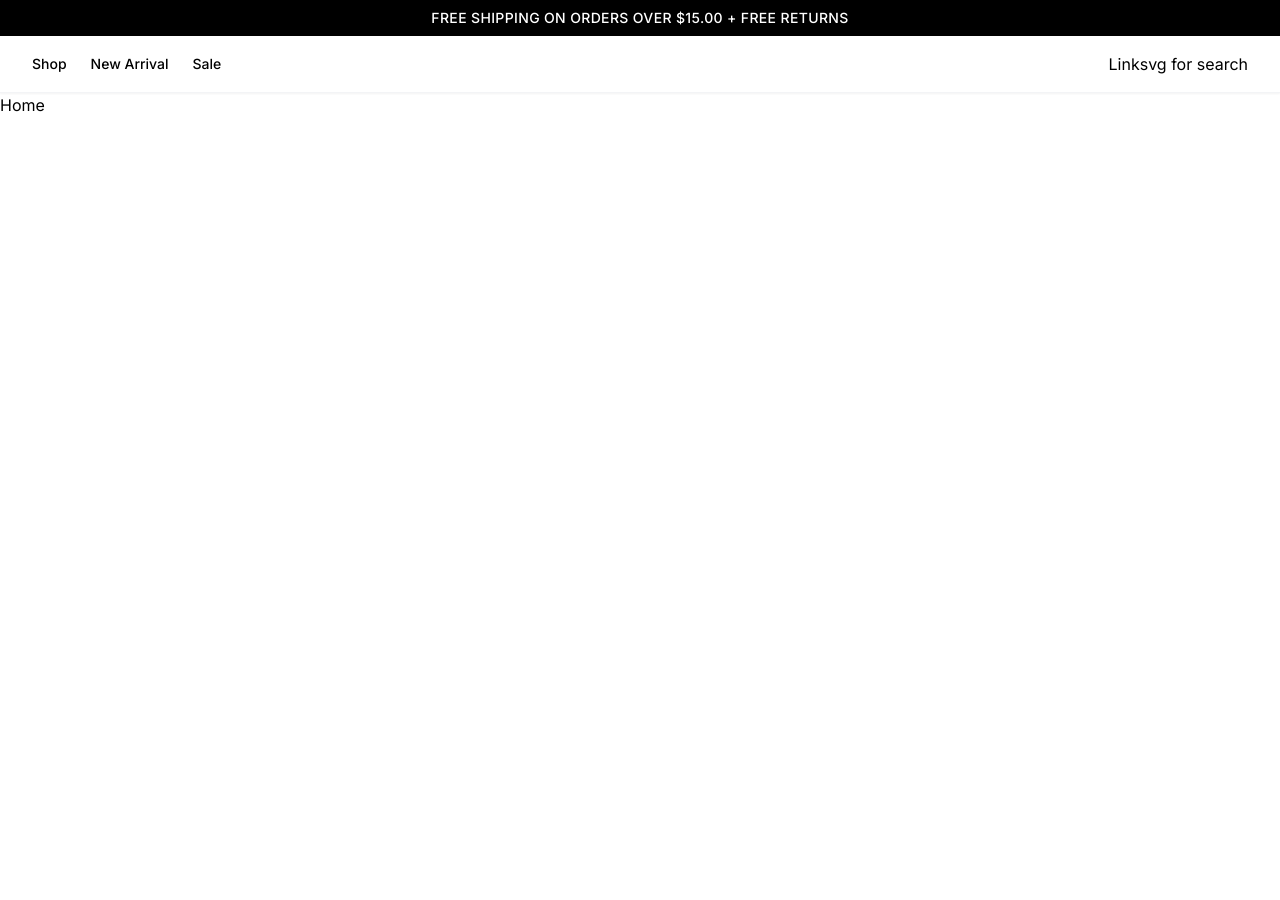
Repository: DiwanMalla/TEMU_CLONE
Page: /
The author's editor kept a copy of each file at every save. The page is drawn from the files as they stood at one save, then again after the next save.
The browser window is 1280 px wide. The pictures show the whole page.
The project was rebuilt for these pictures with package versions that can differ from the ones it lists, and the page was loaded fresh each time. The framework's server and built-in components were replaced by stand-ins that run in the browser. Also part of the build but not shown: next.config.ts.

Above is the page before, as saved 2025-01-20 22:34:00.

### app/layout.tsx
import type { Metadata } from "next";
import "./globals.css";
import { Inter } from "next/font/google";
import Header from "@/components/layout/Header";

const inter = Inter({ subsets: ["latin"] });
export const metadata: Metadata = {
  title: "Create Next App",
  description: "Generated by create next app",
};

export default function RootLayout({
  children,
}: Readonly<{
  children: React.ReactNode;
}>) {
  return (
    <html lang="en">
      <body
        className={`${inter.className} antialiased bg-white min-h-[125vh] text-black`}
      >
        <Header />
        {children}
      </body>
    </html>
  );
}

### app/page.tsx
import Header from "@/components/layout/Header";

const page = () => {
  return <div>Home</div>;
};

export default page;

### components/layout/Header.tsx
"use client";
import Link from "next/link";
import { useEffect, useState } from "react";

const AnnounecementBar = () => {
  return (
    <div className="w-full bg-black py-2">
      <div className="container mx-auto flex items-center justify-center px-3">
        <span className="text-center text-sm font-medium tracking-wide text-white">
          FREE SHIPPING ON ORDERS OVER $15.00 + FREE RETURNS
        </span>
      </div>
    </div>
  );
};
const Header = () => {
  const [isOpen, setIsOpen] = useState(false);
  const [prevScrollY, setPrevScrollY] = useState<number>(0);
  useEffect(() => {
    const handleScroll = () => {
      const currentScrollY = window.scrollY;
      const scrolledUp = currentScrollY < prevScrollY;
      if (scrolledUp) {
        setIsOpen(true);
      } else if (currentScrollY > 100) {
        setIsOpen(false);
      }
      setPrevScrollY(currentScrollY);
    };
    setPrevScrollY(window.scrollY);
    window.addEventListener("scroll", handleScroll);
    return () => {
      window.removeEventListener("scroll", handleScroll);
    };
  }, [prevScrollY]);
  return (
    <header className="w-full sticky top-0 z-50">
      <div
        className={`w-full transform transition-transform duration-300 ease-in-out ${
          isOpen ? `translate-y-0` : "-translate-y-full"
        }`}
      >
        <AnnounecementBar />
        <div className="w-full flex justify-between items-center py-3 sm:py-4 bg-white/80 shadow-sm border-b border-gray-100 backdrop-blur-sm">
          <div className="flex justify-between items-center container mx-auto px-8">
            <div className="flex flex-1 justify-start items-center gap-4 sm:gap-6">
              <button className="text-gray-700 hover:text-gray-900 md:hidden">
                <svg
                  xmlns="http://www.w3.org/2000/svg"
                  className="h-5 w-5 sm:h-6 sm:w-6 block lg:hidden"
                  fill="none"
                  viewBox="0 0 24 24"
                  stroke="currentColor"
                  strokeWidth={2}
                >
                  <path
                    strokeLinecap="round"
                    strokeLinejoin="round"
                    d="M4 6h16M4 12h16M4 18h16"
                  />
                </svg>
              </button>
              <nav className="hidden md:flex gap-4 lg:gap-6 text-sm font-medium">
                <Link href="#">Shop</Link>
                <Link href="#">New Arrival</Link>
                <Link href="#">Sale</Link>
              </nav>
            </div>
            <Link href="#">Link</Link>
            <div>
              <button> svg for search</button>
            </div>
          </div>
        </div>
      </div>
    </header>
  );
};

export default Header;

Loaded but not shown: app/globals.css (common file); tailwind.config.ts (common file)

After the next save:
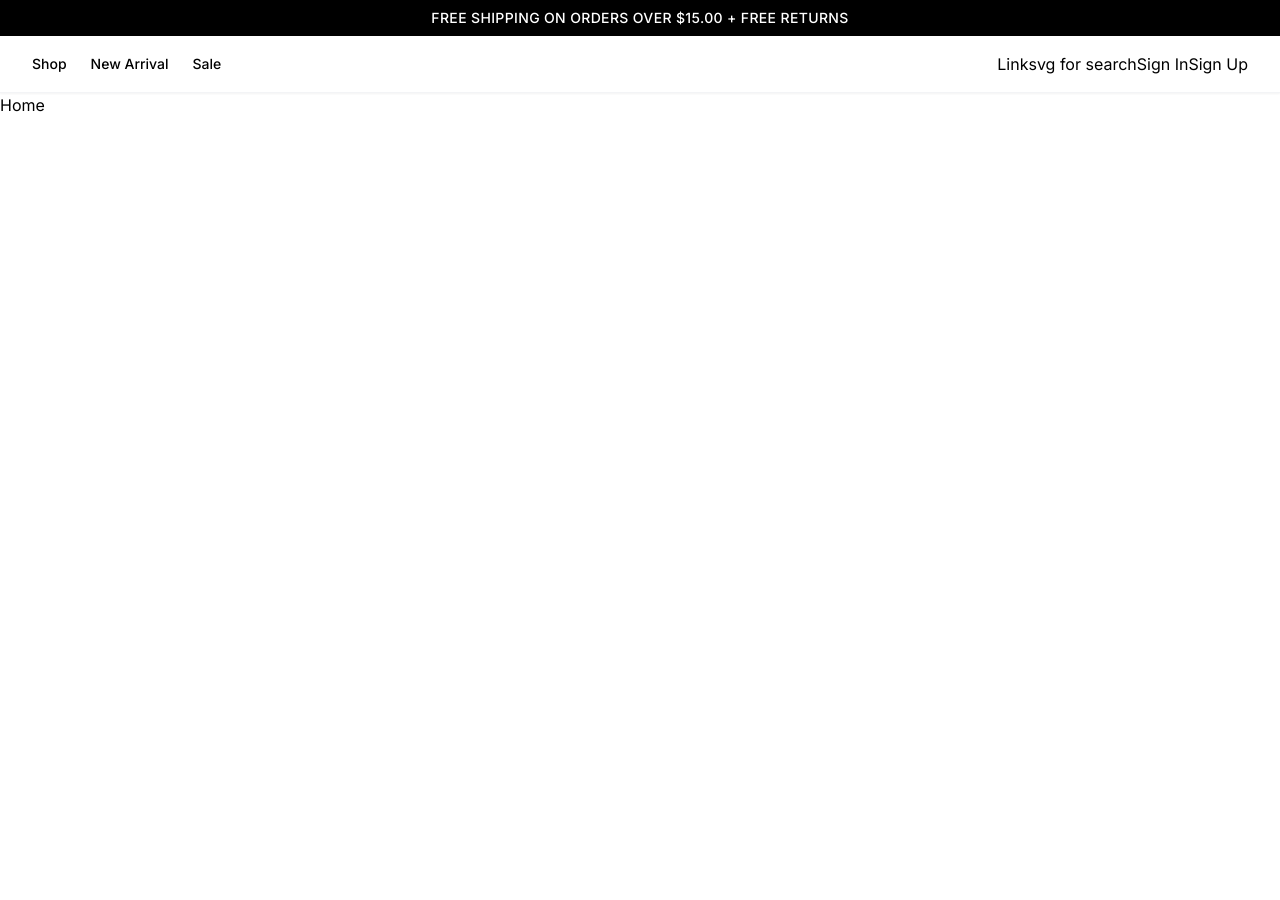
Saved 38 s later.
--- a/components/layout/Header.tsx
+++ b/components/layout/Header.tsx
@@ -69,6 +69,8 @@ const Header = () => {
             <Link href="#">Link</Link>
             <div>
               <button> svg for search</button>
+              <Link href="/auth/sign-in">Sign In</Link>
+              <Link href="/auth/sign-up">Sign Up</Link>
             </div>
           </div>
         </div>
